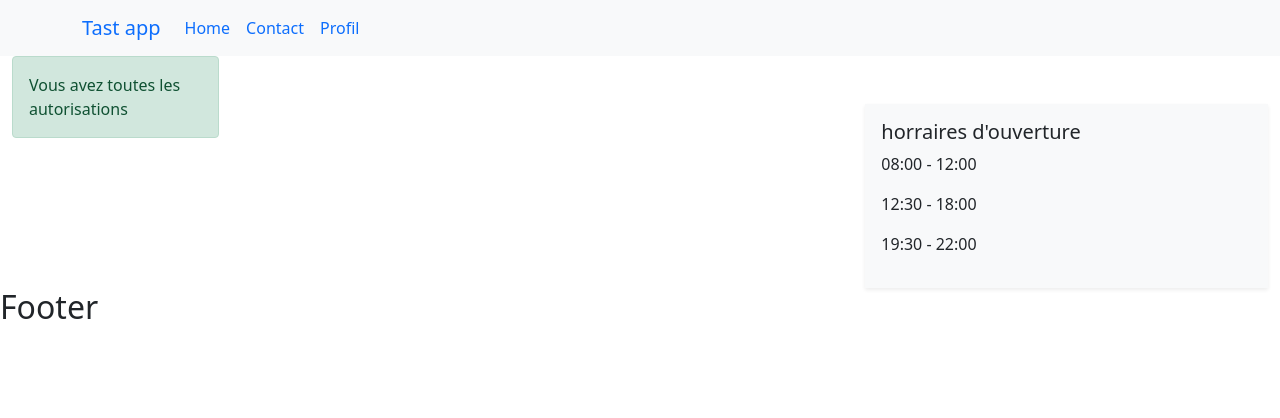
Repository: FS-23/php-getstarted
Page: http://localhost/
The author's editor kept a copy of each file at every save. The page is drawn from the files as they stood at one save, then again after the next save.
The browser window is 1280 px wide. The pictures show the whole page.
The page is run by PHP 8.4 with error messages shown; the project is at /var/www/html/.

Above is the page before, as saved 2022-05-28 12:31:41.

### demoAPP/index.php

<?php require_once './layouts/header.php' ?>
<?php
    $horraire = [
        "08:00 - 12:00",
        "12:30 - 18:00",
        "19:30 - 22:00"
    ];


    $user = "admin"

?>
<div class="row mx-0">
    <div class="col-8">
                 <?php if($user == "admin") : ?>
                    <div class="alert alert-success w-25"> Vous avez toutes les autorisations</div>

                   <?php else: ?>
                    <div class="alert alert-danger w-25"> Vous n'avez pas les autorisations</div>
                 <?php endif ?>
    </div>
    <div class="col-4 ">
        <div class="shadow-sm bg-light p-3 mt-5">
            <h5> horraires d'ouverture</h5>
            <div class="mt-2">
                   <?php foreach($horraire as $item):  ?>
                       <p><?php echo $item ?></p>
                   <?php endforeach; ?>
                  <?php
                    // if($user == "admin")
                    //  echo '<div class="alert alert-success"> Vous avez toutes les autorisations</div>';
                    // else
                    //   echo '<div class="alert alert-danger"> Vous n\'avez pas les autorisations</div>';
                  ?>
            </div>
        </div>
    </div>
</div>

<?php require_once './layouts/footer.php' ?>

### demoAPP/layouts/header.php

<link rel="stylesheet" href="https://cdn.jsdelivr.net/npm/bootstrap@5.1.3/dist/css/bootstrap.min.css">
<nav class="navbar navbar-expand-lg bg-light">
  <div class="container">
    <button class="navbar-toggler" type="button" data-bs-toggle="collapse" data-bs-target="#navbarTogglerDemo01" aria-controls="navbarTogglerDemo01" aria-expanded="false" aria-label="Toggle navigation">
      <span class="navbar-toggler-icon"></span>
    </button>
    <div class="collapse navbar-collapse" id="navbarTogglerDemo01">
      <a class="navbar-brand" href="/">Tast app</a>
      <ul class="navbar-nav me-auto mb-2 mb-lg-0">
        <li class="nav-item">
          <a class="nav-link active" aria-current="page" href="/pages/home.php">Home</a>
        </li>
        <li class="nav-item">
          <a class="nav-link" href="/pages/contact.php">Contact</a>
        </li>
        <li class="nav-item">
          <a class="nav-link" href="/pages/profil.php">Profil</a>
        </li>
      </ul>

    </div>
  </div>
</nav>

### demoAPP/layouts/footer.php
<div>
    <h2>Footer</h2>
</div>
<script scr="https://cdn.jsdelivr.net/npm/bootstrap@5.1.3/dist/css/bootstrap.min.js"></script>

After the next save:
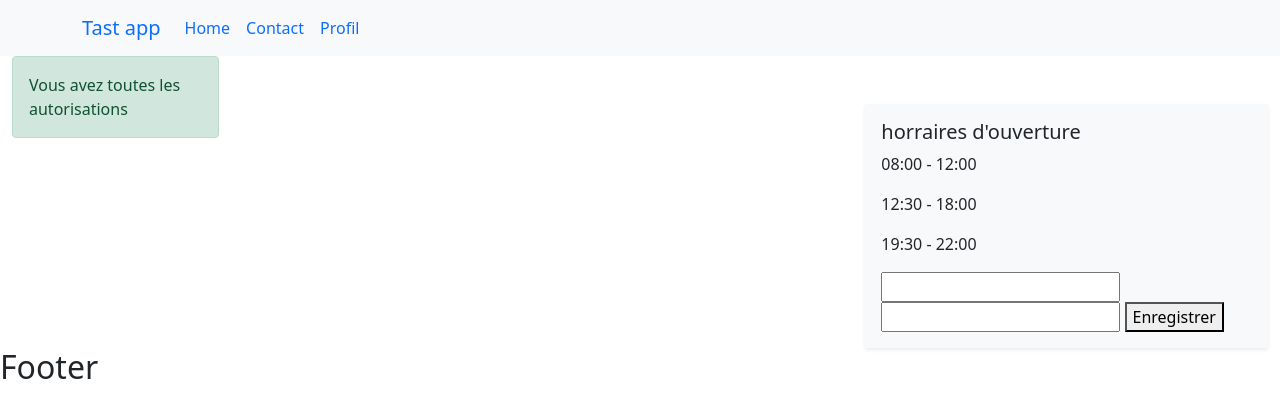
Saved 2 min 4 s later.
--- a/demoAPP/index.php
+++ b/demoAPP/index.php
@@ -27,6 +27,11 @@
                    <?php foreach($horraire as $item):  ?>
                        <p><?php echo $item ?></p>
                    <?php endforeach; ?>
+                   <div>
+                       <input type="text">
+                       <input type="text">
+                       <button>Enregistrer</button>
+                   </div>
                   <?php
                     // if($user == "admin")
                     //  echo '<div class="alert alert-success"> Vous avez toutes les autorisations</div>';
